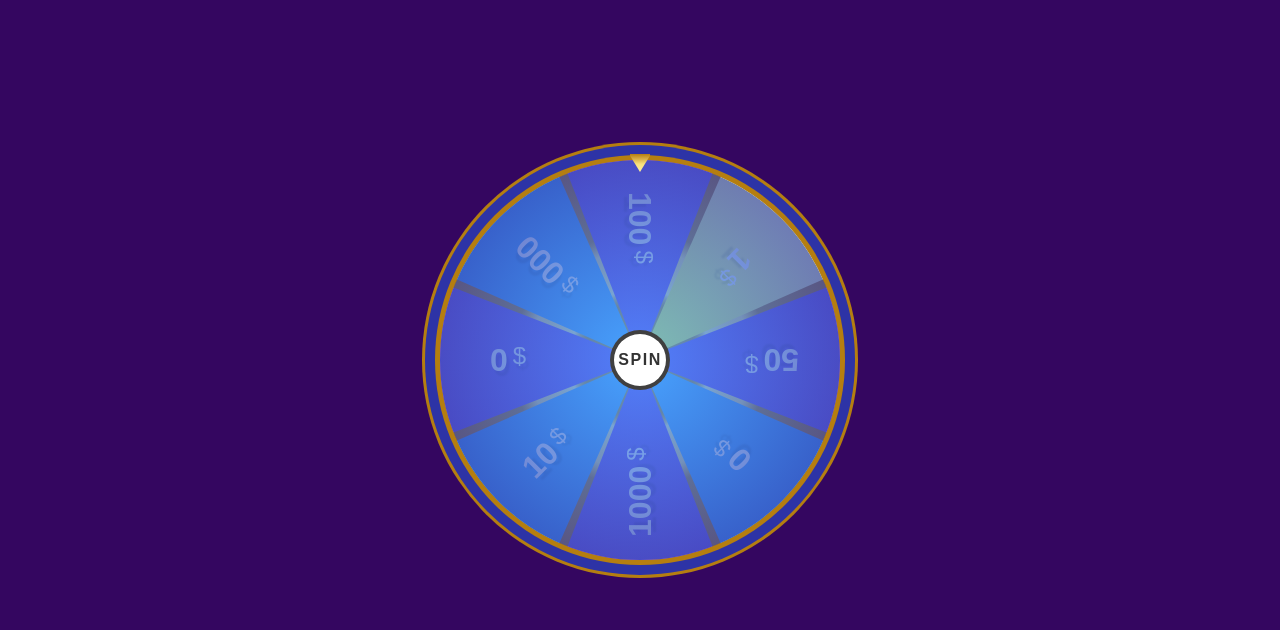
Repository: Jacques-Jaki-Morkel/FundedMarketplace_WheelofFortune
Page: index.html
These files come from the project's save history. The page is drawn as it stood at one moment and after the next save; the edit follows.
The browser window is 1280 px wide. The pictures show the whole page.

Above is the page before, as saved 2025-08-14 13:22:41.

### index.html
<!DOCTYPE html>
<html lang="en">

<head>
    <meta charset="UTF-8">
    <meta name="viewport" content="width=device-width, initial-scale=1.0">
    <title>Wheel of Fortune - Funded Marketplace</title>
    <link rel="stylesheet" href="styles.css">
</head>

<body>
    <div class="container">
        <div class="spinBtn">
            SPIN
        </div>
        <div class="wheel">
            <span></span>
            <div class="number" style=" --i:1 ;">
                <span>100</span>
            </div>
            <div class="number" style=" --i:2 ;--clr2: linear-gradient(var(--angle), white, yellow);">
                <span>1</span>
            </div>
            <div class="number" style=" --i:3 ;">
                <span>50</span>
            </div>
            <div class="number" style=" --i:4 ;--clr2: linear-gradient(var(--angle), #8b72e7 0%, #48a4ff 7%, #48a4ff 89%,  #3638ad 100%);">
                <span>0</span>
            </div>
            <div class="number" style=" --i:5 ;">
                <span>1000</span>
            </div>
            <div class="number" style=" --i:6 ;--clr2: linear-gradient(var(--angle), #8b72e7 0%, #48a4ff 7%, #48a4ff 89%,  #3638ad 100%);">
                <span>10</span>
            </div>
            <div class="number" style=" --i:7 ;">
                <span>0</span>
            </div>
            <div class="number" style=" --i:8 ;--clr2: linear-gradient(var(--angle), #8b72e7 0%, #48a4ff 7%, #48a4ff 89%,  #3638ad 100%);">
                <span>000</span>
            </div>
        </div>
    <div>
    <script src="script.js"></script>
</body>

</html>

### styles.css
* {
    margin: 0;
    padding: 0;
    box-sizing: border-box;
    font-family: 'Poppins', sans-serif;
}

body {
    display: flex;
    justify-content: center;
    align-items: center;
    min-height: 100vh;
    background: rgb(52, 6, 96);
}

.container {
    position: relative;
    width: 400px;
    height: 400px;
    display: flex;
    justify-content: center;
    align-items: center;
}

.container .spinBtn {
    position: absolute;
    width: 60px;
    height: 60px;
    background: #fff;
    border-radius: 50%;
    z-index: 10;
    display: flex;
    justify-content: center;
    align-items: center;
    text-transform: uppercase;
    font-weight: 600;
    color: #333;
    letter-spacing: 0.1em;
    border: 4px solid rgba(0, 0, 0, 0.75);
    cursor: pointer;
    user-select: none;
}

.container .spinBtn::before {
    content: '';
    position: absolute;
    top: -180px;
    width: 20px;
    transform: rotate(180DEG);
    height: 30px;
    background: linear-gradient(#b57e10  ,#fff3a6 , #f9df7b , #b57e10 );
    clip-path: polygon(50% 40%, -5% 100%, 105% 100%);
}

.container .wheel {
    position: absolute;
    top: 0;
    left: 0;
    width: 100%;
    height: 100%;
    background: radial-gradient(#b57e10 20% ,#fff3a6  25%, #f9df7b 39%, #b57e10 45%);
    border-radius: 50%;
    overflow: hidden;
    box-shadow: 0 0 0 5px #b57e10,
        0 0 0 15px rgba(45, 51, 166, 1),
        0 0 0 18px #b57e10;

}
/* Gradient overlay rings */
.container .wheel::before,
.container .wheel::after {
    content: "";
    position: absolute;
    inset: 0; /* fills the wheel */
    border-radius: 50%;
    pointer-events: none;
}

.container .wheel::before {
    background: radial-gradient(circle, rgba(181, 126, 16, 0.7) 20%, rgba(255, 243, 166, 0) 25%, rgba(249, 223, 123, 0.7) 39%, rgba(181, 126, 16, 0.7) 45%);
}

.container .wheel::after {
    background: radial-gradient(circle, rgba(72, 164, 255, 0.7) 0%, rgba(45, 51, 166, 0.7) 84%, rgba(72, 164, 255, 0.7) 100%);
}

.container .wheel .number {
    position: absolute;
    width: 50%;
    height: 50%;
    background:var(--clr2, linear-gradient(var(--angle), #8b72e7, #6b2df0));
    --angle: 140deg;
    transform-origin: bottom right;
    transform: rotate(calc(45deg * var(--i)));
    clip-path: polygon(0 0, 56% 0, 100% 100%, 0 56%);
    display: flex;
    justify-content: center;
    align-items: center;
    user-select: none;
    cursor: pointer;
}

.container .wheel .number span {
    position: relative;
    transform: rotate(45deg);
    color: #fff;
    font-size: 2em;
    font-weight: 700;
    text-shadow: 3px 5px 2px rgba(0, 0, 0, 0.15);
}

.container .wheel .number span::after {
    content: '$';
    padding-left: 5px;
    position: absolute;
    font-size: 0.75em;
    font-weight: 500;
}

### script.js
const wheel = document.querySelector('.wheel');
const spinButton = document.querySelector('.spinBtn');
const value = Math.ceil(Math.random() * 360);

spinButton.addEventListener('click', () => {
    const rotations = Math.max(Math.random() * 100, 15); // Ensure at least 15 full rotations
    const randomDegree = Math.floor(Math.random() * (360*rotations)) + 720; // Ensure at least two full rotations
    const finalDegree = value + randomDegree;

    wheel.style.transition = 'transform 5s ease-in-out';
    wheel.style.transform = `rotate(${finalDegree}deg)`;

//     spin styles
//     cubic-bezier(0.33, 1, 0.68, 1)
})

After the next save:
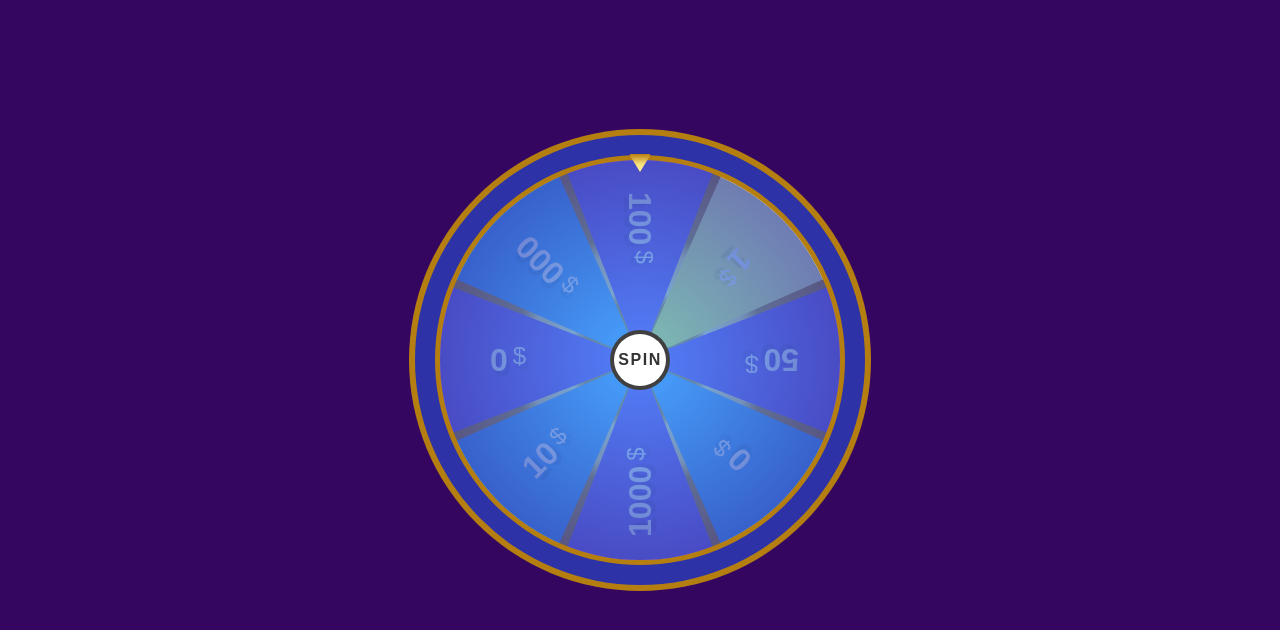
Saved 17 s later.
--- a/styles.css
+++ b/styles.css
@@ -62,8 +62,8 @@ body {
     border-radius: 50%;
     overflow: hidden;
     box-shadow: 0 0 0 5px #b57e10,
-        0 0 0 15px rgba(45, 51, 166, 1),
-        0 0 0 18px #b57e10;
+        0 0 0 25px rgba(45, 51, 166, 1),
+        0 0 0 31px #b57e10;
 
 }
 /* Gradient overlay rings */
